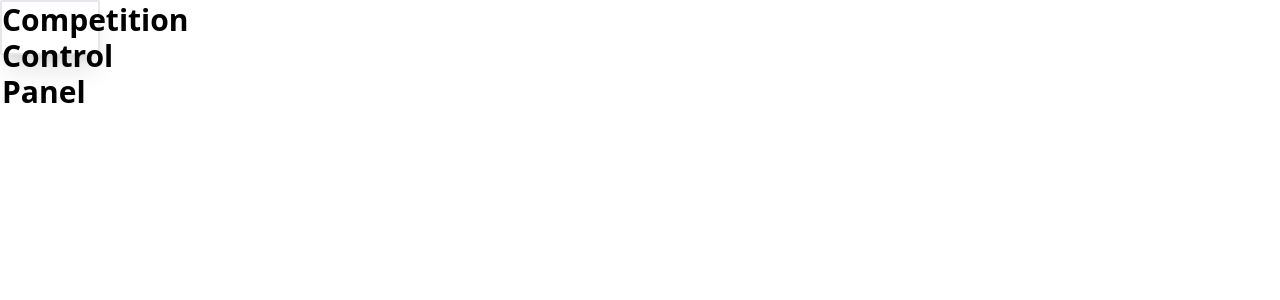
Repository: techieRahul17/blackoutscreen
Page: public/admin1.html
The author's editor kept a copy of each file at every save. The page is drawn from the files as they stood at one save, then again after a run of saves.
The browser window is 1280 px wide. The pictures show the whole page.
Some web libraries are served in a nearby version.

Above is the page before, as saved 2025-08-28 19:18:12.

### public/admin1.html
<!DOCTYPE html>
<html>
<head>
    <title>Admin Page</title>
    <script src="https://cdn.tailwindcss.com"></script>
    <div>
      <div class="w-[100px] h-[55px] rounded-sm border-2 shadow-xl">
       <h1 class="text-3xl font-bold text-black">Competition Control Panel</h1>


    </div>

    </div>
</head>
<body>

</body>





</html>

After the next 3 saves:
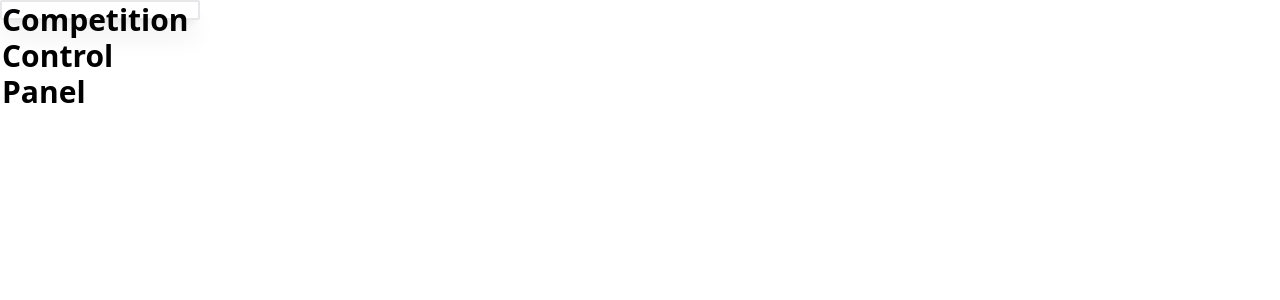
The 3 saves are shown as one change because they came seconds apart.
The last was saved 16 s later.
--- a/public/admin1.html
+++ b/public/admin1.html
@@ -4,7 +4,7 @@
     <title>Admin Page</title>
     <script src="https://cdn.tailwindcss.com"></script>
     <div>
-      <div class="w-[100px] h-[55px] rounded-sm border-2 shadow-xl">
+      <div class="w-[200px] h-[20px] rounded-sm border-2 shadow-xl">
        <h1 class="text-3xl font-bold text-black">Competition Control Panel</h1>
 
 
